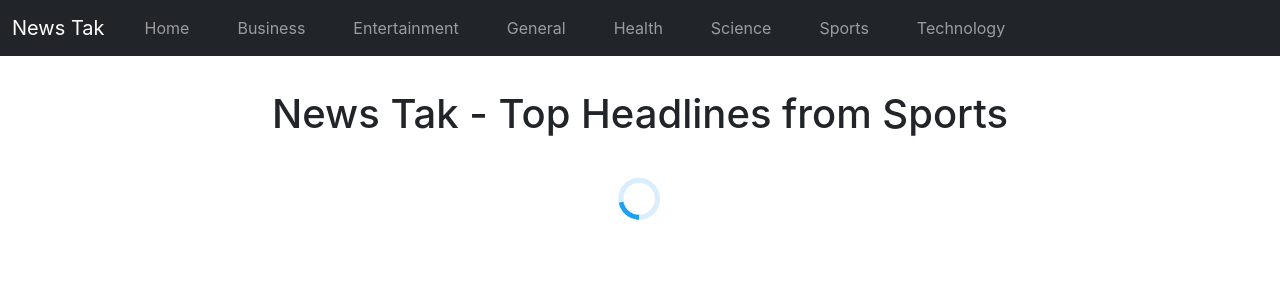
Repository: Rohit-foryou/News-website
Page: /sports
The author's editor kept a copy of each file at every save. The page is drawn from the files as they stood at one save, then again after the next save.
The browser window is 1280 px wide. The pictures show the whole page.
The project was rebuilt for these pictures with package versions that can differ from the ones it lists, and the page was loaded fresh each time. Also part of the build but not shown: src/Components/NewsItem.js.

Above is the page before, as saved 2024-01-12 14:43:40.

### public/index.html
<!DOCTYPE html>
<html lang="en">
  <head>
    <meta charset="utf-8" />
    <link rel="icon" href="%PUBLIC_URL%/favicon.ico" />
    <meta name="viewport" content="width=device-width, initial-scale=1" />
    <meta name="theme-color" content="#000000" />
    <meta
      name="description"
      content="News Tak is used to see latest news fast and easy"
    />
    <link rel="apple-touch-icon" href="%PUBLIC_URL%/logo192.png" />
    <!--
      manifest.json provides metadata used when your web app is installed on a
      user's mobile device or desktop. See https://developers.google.com/web/fundamentals/web-app-manifest/
    -->
    <link rel="manifest" href="%PUBLIC_URL%/manifest.json" />
    <!--
      Notice the use of %PUBLIC_URL% in the tags above.
      It will be replaced with the URL of the `public` folder during the build.
      Only files inside the `public` folder can be referenced from the HTML.

      Unlike "/favicon.ico" or "favicon.ico", "%PUBLIC_URL%/favicon.ico" will
      work correctly both with client-side routing and a non-root public URL.
      Learn how to configure a non-root public URL by running `npm run build`.
    -->
    <title>News Tak</title>
    <link href="https://cdn.jsdelivr.net/npm/bootstrap@5.3.2/dist/css/bootstrap.min.css" rel="stylesheet" integrity="sha384-T3c6CoIi6uLrA9TneNEoa7RxnatzjcDSCmG1MXxSR1GAsXEV/Dwwykc2MPK8M2HN" crossorigin="anonymous">
  </head>
  <body>
    <noscript>You need to enable JavaScript to run this app.</noscript>
    <div id="root"></div>
    <!--
      This HTML file is a template.
      If you open it directly in the browser, you will see an empty page.

      You can add webfonts, meta tags, or analytics to this file.
      The build step will place the bundled scripts into the <body> tag.

      To begin the development, run `npm start` or `yarn start`.
      To create a production bundle, use `npm run build` or `yarn build`.
    -->
    <script src="https://cdn.jsdelivr.net/npm/bootstrap@5.3.2/dist/js/bootstrap.bundle.min.js" integrity="sha384-C6RzsynM9kWDrMNeT87bh95OGNyZPhcTNXj1NW7RuBCsyN/o0jlpcV8Qyq46cDfL" crossorigin="anonymous"></script>
  </body>
</html>

### src/App.js
import React, { useState } from 'react';
import NavBar from './Components/NavBar';
import News from './Components/News';
import {
  BrowserRouter,
  Route,
  Routes,
} from "react-router-dom";
import LoadingBar from 'react-top-loading-bar'

const App = () =>{
  const pageSize=9;


  const [progress, setProgress] = useState(0);



    return (
      <div>
        <BrowserRouter>
        <LoadingBar
        color='#f11946'
        progress={progress}
      />
          <NavBar />
          <Routes>
            <Route exact path='/' element={<News setProgress={setProgress}  key="general"pageSize={pageSize} country='in' category='general' />} />
            <Route exact path='/business' element={<News setProgress={setProgress}  key="business"pageSize={pageSize} country='in' category='business' />} />
            <Route exact path='/entertainment' element={<News setProgress={setProgress}  key="entertainment"pageSize={pageSize} country='in' category='entertainment' />} />
            <Route exact path='/general' element={<News setProgress={setProgress}  key="general"pageSize={pageSize} country='in' category='general' />} />
            <Route exact path='/health' element={<News setProgress={setProgress}  key="health"pageSize={pageSize} country='in' category='health' />} />
            <Route exact path='/science' element={<News setProgress={setProgress}  key="science"pageSize={pageSize} country='in' category='science' />} />
            <Route exact path='/sports' element={<News setProgress={setProgress}  key="sports"pageSize={pageSize} country='in' category='sports' />} />
            <Route exact path='/technology' element={<News setProgress={setProgress}  key="technology"pageSize={pageSize} country='in' category='technology' />} />
          </Routes>
        </BrowserRouter>
      </div>
    );

}

export default App;

### src/Components/NavBar.js
import React from "react";
import { Link } from "react-router-dom";

const NavBar = () => {

  return (
    <div>
      <nav className="navbar fixed-top navbar-expand-lg navbar-dark bg-dark">
        <div className="container-fluid">
          <Link className="navbar-brand" to="/">
            News Tak
          </Link>
          <button
            className="navbar-toggler"
            type="button"
            data-bs-toggle="collapse"
            data-bs-target="#navbarSupportedContent"
            aria-controls="navbarSupportedContent"
            aria-expanded="false"
            aria-label="Toggle navigation"
          >
            <span className="navbar-toggler-icon"></span>
          </button>
          <div
            className="collapse navbar-collapse"
            id="navbarSupportedContent"
          >
            <ul className="navbar-nav me-auto mb-2 mb-lg-0">
              <li className="nav-item mx-3">
                <Link className="nav-link" aria-current="page" to="/">
                  Home
                </Link>
              </li>
              <li className="nav-item mx-3">
                <Link className="nav-link" to="/business">
                  Business
                </Link>
              </li>
              <li className="nav-item mx-3">
                <Link className="nav-link" to="/entertainment">
                  Entertainment
                </Link>
              </li>
              <li className="nav-item mx-3">
                <Link className="nav-link" to="/general">
                  General
                </Link>
              </li>
              <li className="nav-item mx-3">
                <Link className="nav-link" to="/health">
                  Health
                </Link>
              </li>
              <li className="nav-item mx-3">
                <Link className="nav-link" to="/science">
                  Science
                </Link>
              </li>
              <li className="nav-item mx-3">
                <Link className="nav-link" to="/sports">
                  Sports
                </Link>
              </li>
              <li className="nav-item mx-3">
                <Link className="nav-link" to="/technology">
                  Technology
                </Link>
              </li>
            </ul>
          </div>
        </div>
      </nav>
    </div>
  );

}

export default NavBar;

### src/Components/News.js
import React, { useEffect, useState } from "react";
import NewsItem from "./NewsItem";
import Spinner from "./Spinner";
import PropTypes from 'prop-types'
import InfiniteScroll from "react-infinite-scroll-component";


const News = (props) =>{

  const [articles, setArticles] = useState([]);
  const [loading, setLoading] = useState(true);
  const [page, setPage] = useState(1);
  const [totalResults, setTotalResults] = useState(0);


  const capitalizeFirstLetter = (string) => {
    return string.charAt(0).toUpperCase() + string.slice(1);
  }

  document.title = `${capitalizeFirstLetter(props.category)} - News Tak`;

//   const update = async() => {
//     props.setProgress(10);
//     const url = `https://newsapi.org/v2/top-headlines?country=${props.country}&category=${props.category}&apiKey=fa3dbec13bb44cd2a222250b4aea8871&page=${page}&pageSize=${props.pageSize}`;

//   setLoading(true);
//     let data = await fetch(url);
//     props.setProgress(30);
//     let parsedData = await data.json();
//     props.setProgress(70);
//     setArticles(parsedData.articles);
//     setTotalResults(parsedData.articles);
//     setLoading(false);
//     props.setProgress(100);

// };

// useEffect(() => {
//   update();
//   // eslint-disable-next-line
// }, []);

//  const handleNextClick = async () => {
//     setPage(page + 1 );
//     update();

//   };


//  const handlePrevClick = async () => {
//     setPage(page-1);
//     update();
//   };


//  const fetchMoreData = async () => {
//    const url = `https://newsapi.org/v2/top-headlines?country=${props.country}&category=${props.category}&apiKey=fa3dbec13bb44cd2a222250b4aea8871&page=${page+1}&pageSize=${props.pageSize}`;
//    setPage(page+1);

//     let data = await fetch(url);
//     let parsedData = await data.json();

//     setArticles(articles.concat(parsedData.articles));
//     setTotalResults(parsedData.totalResults);
//     // setLoading(false);
//   };



    return (
      <>
        <h1 className="text-center" style={{ margin: '35px 0px', marginTop: '90px' }}>News Tak - Top Headlines from {capitalizeFirstLetter(props.category)}</h1>
        {loading && <Spinner/>}

        {/* <InfiniteScroll
          dataLength={articles.length}
          next={fetchMoreData}
          hasMore={articles.length !== totalResults}
          loader={<Spinner />}>


          <div className="container">
            <div className="row">
              {articles.map((element) => {
                return (
                  <div className="col-md-4" key={element.url}>
                    <NewsItem
                      title={element.title ? element.title : ""}
                      description={
                        element.description ? element.description : ""
                      }
                      imgUrl={element.urlToImage}
                      newsUrl={element.url}
                      author={element.author}
                      date={element.publishedAt}
                      source={element.source.name}
                    />
                  </div>
                );
              })}
            </div>
          </div>
        </InfiniteScroll> */}

      </>
    );
}

News.defaultProps = {
  country: 'in',
  pageSize: 8,
  category: 'general',
  totalResults: 0,
}

News.propTypes = {
  country: PropTypes.string,
  pageSize: PropTypes.number,
  category: PropTypes.string,
}

export default News;

### src/Components/Spinner.js
import React from 'react';
// import loading from './loading.gif';
import giphy from './giphy.gif'

const Spinner = () => {
  return (
    <div className='text-center my-3'>
      <img src={giphy} alt="loading" style={{ width: '50px', height: '50px' }} />
    </div>
  );
}

export default Spinner;

Loaded but not shown: src/index.js (common file); src/index.css (common file); src/reportWebVitals.js (common file)

After the next save:
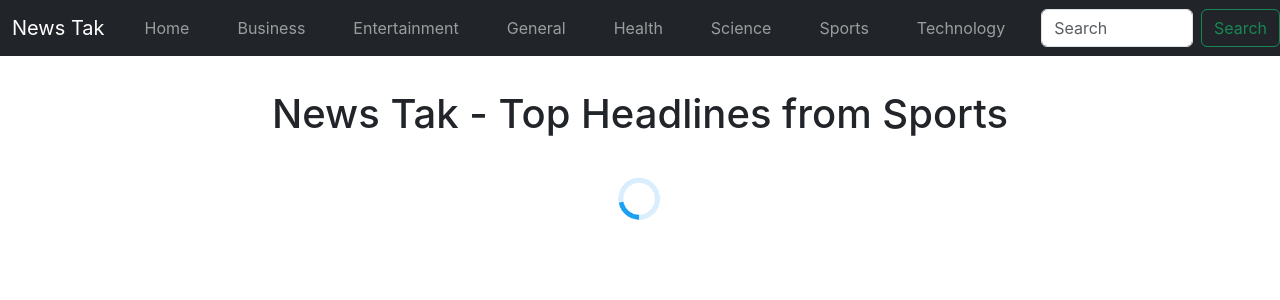
Saved 54 s later.
--- a/src/Components/NavBar.js
+++ b/src/Components/NavBar.js
@@ -69,6 +69,10 @@ const NavBar = () => {
             </ul>
           </div>
         </div>
+        <form class="d-flex" role="search">
+        <input class="form-control me-2" type="search" placeholder="Search" aria-label="Search"/>
+        <button class="btn btn-outline-success" type="submit">Search</button>
+      </form>
       </nav>
     </div>
   );
